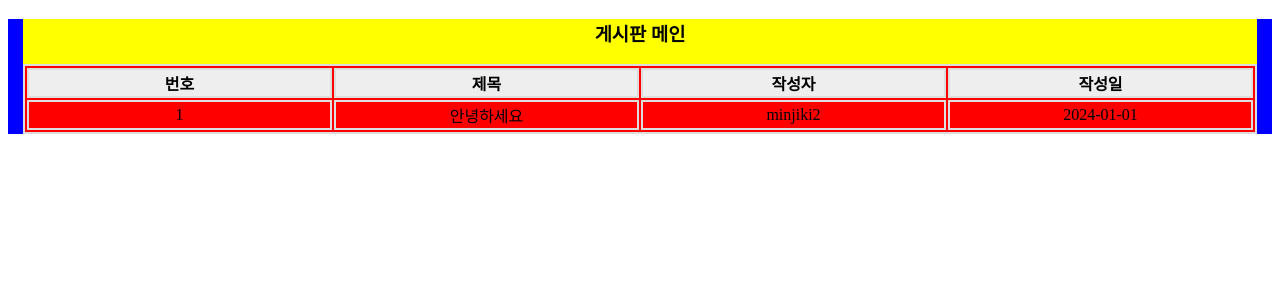
Repository: minjikimkim2222/BBS
Page: http://localhost/BBS/bbs.jsp
An editor plug-in stored every save of this project. The page is shown before and after the next save, followed by the edit.
The browser window is 1280 px wide. The pictures show the whole page.
The page is served by Tomcat 9.

Above is the page before, as saved 2024-01-01 14:28:09.

After the next save:
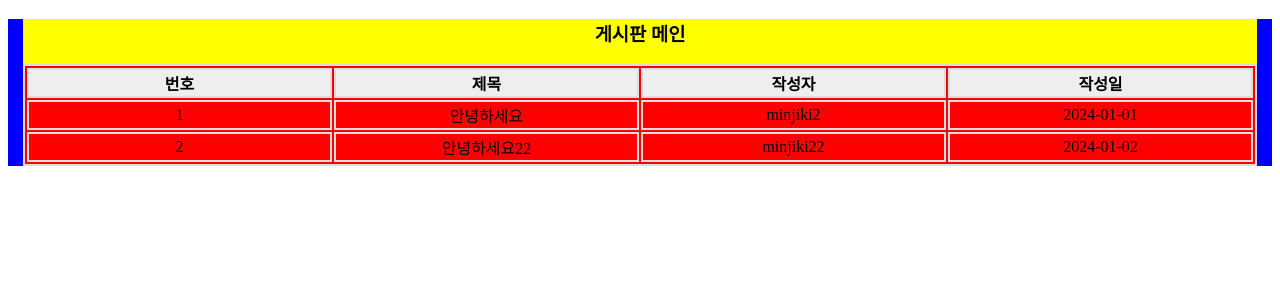
Saved 53 s later.
--- a/BBS/src/main/webapp/bbs.jsp
+++ b/BBS/src/main/webapp/bbs.jsp
@@ -58,6 +58,13 @@
 							<td width = "25%">minjiki2</td>
 							<td width = "25%">2024-01-01</td>
 						</tr>
+
+						<tr>
+							<td width = "25%">2</td>
+							<td width = "25%">안녕하세요22</td>
+							<td width = "25%">minjiki22</td>
+							<td width = "25%">2024-01-02</td>
+						</tr>
 					</tbody>
 				</table>
 
